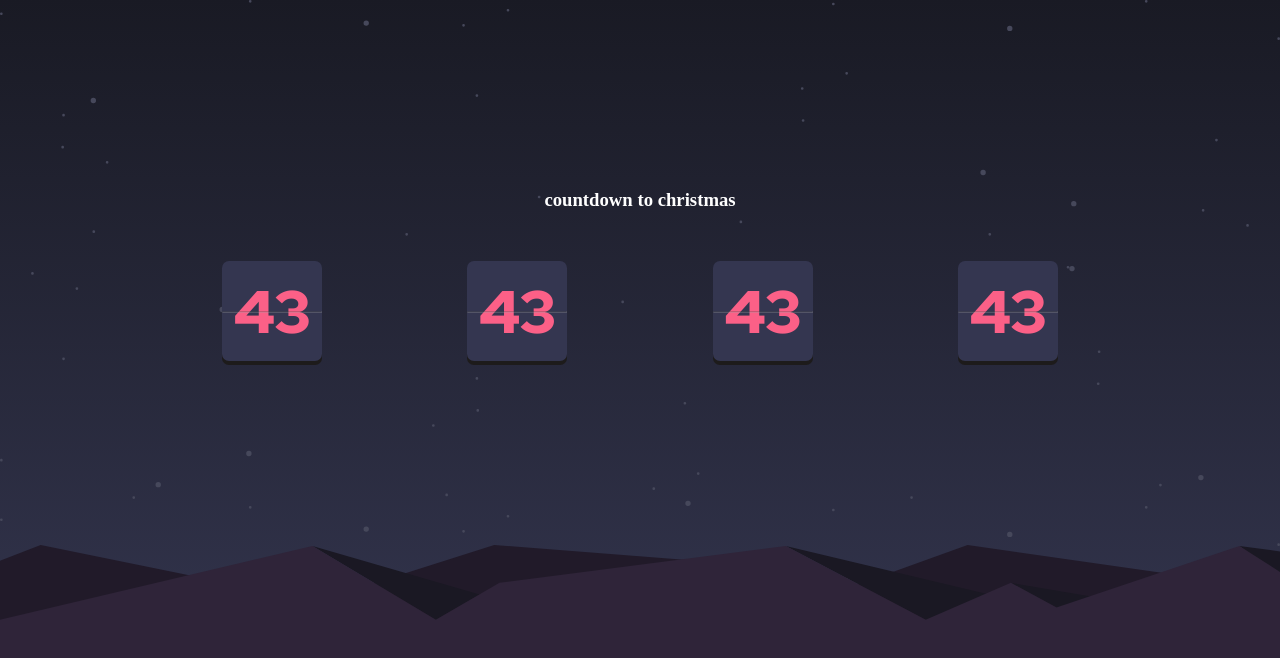
Repository: Eugene44-hub/countdown
Page: index.html
An editor plug-in stored every save of this project. The page is shown before and after the next save, followed by the edit.
The browser window is 1280 px wide. The pictures show the whole page.

Above is the page before, as saved 2021-09-12 03:35:13.

### index.html
<!DOCTYPE html>
<html lang="en">

<head>
    <meta charset="UTF-8">
    <meta http-equiv="X-UA-Compatible" content="IE=edge">
    <meta name="viewport" content="width=device-width, initial-scale=1.0">
    <title>Document</title>
    <link rel="stylesheet" href="style.css">
</head>

<body>
    <div class="container">


        <div class="timer ">
            <h3 class="col10">countdown to christmas</h3>
            <div class="card">
                <p>43</p>
                <hr> </div>
            <div class="card">
                <p>43</p>
                <hr>
            </div>
            <div class="card">
                <p>43</p>
                <hr>
            </div>
            <div class="card">
                <p>43</p>
                <hr>
            </div>

        </div>

    </div>
    <script src="app.js"></script>

</body>

</html>

</html>

### style.css
@import url('https://fonts.googleapis.com/css2?family=Red+Hat+Text:wght@700&display=swap');
* {
    padding: 0;
    margin: 0;
    box-sizing: border-box;
}

body {
    /* background-color: hsl(235, 16%, 14%); */
    /* background-color: hsl(234, 17%, 12%); */
    background-image: url('images/pattern-hills.svg'), url('images/bg-stars.svg'), linear-gradient( hsl(235, 18%, 12%), hsl(236, 21%, 26%));
    background-position: bottom, top;
    background-repeat: no-repeat, repeat;
    background-size: contain;
    background-attachment: fixed;
}

.container {
    display: flex;
    width: 100%;
    height: 500px;
    flex-wrap: wrap;
    text-align: center;
}

.col10 {
    flex: 100%;
    margin: auto;
}

h3 {
    color: white;
    padding: 50px;
    font-family: 'Red Text Hat';
}

.timer {
    margin: auto;
    display: flex;
    flex-wrap: wrap;
    justify-content: space-between;
    padding: 30px;
    width: 70%;
}

.card {
    background-color: hsl(236, 21%, 26%);
    width: 100px;
    height: 100px;
    position: relative;
    overflow: hidden;
    box-shadow: 0px 4px rgb(29, 27, 27);
    border-radius: 7px;
    display: flex;
}

p {
    font-size: 60px;
    font-family: 'Red Hat Text';
    color: hsl(345, 95%, 68%);
    margin: auto;
}

hr {
    position: absolute;
    width: 100%;
    top: 50%;
    left: 0%;
    border-color: rgb(158, 158, 158);
    opacity: 0.3;
}


/* timer color  hsl(345, 95%, 68%)
timer card color hsl(237, 18%, 59%)
* /

### app.js
const proposed = new Date('2021-12-25');
const current = new Date();

const proArr = [proposed.getHours(), proposed.getMinutes(), proposed.getSeconds(), proposed.getDay(), proposed.getMonth()]
console.log('proposed days:' + (((proArr.at(-1) * 31) - 7) + proposed.getDate()));
console.log('current days:' + (((current.getMonth() * 31) - 5) + current.getDate()));

console.log((((proArr.at(-1) * 31) - 7) + proposed.getDate()) - (((current.getMonth() * 31) - 5) + current.getDate()) + 'days to christmas');

console.log('hours:' + (24 - current.getHours()));
console.log('minutes:' + (60 - current.getMinutes()));
console.log('hours:' + (60 - current.getSeconds()));

// let cal = proposed. - current;
// console.log(proposed);
// console.log(current.getDate());
// console.log(proArr.at(-1) + 1);
// let another = new Date(cal);
// console.log(another)
//359-253 propsed day - current day(mth*31-7) for september minus 6

After the next save:
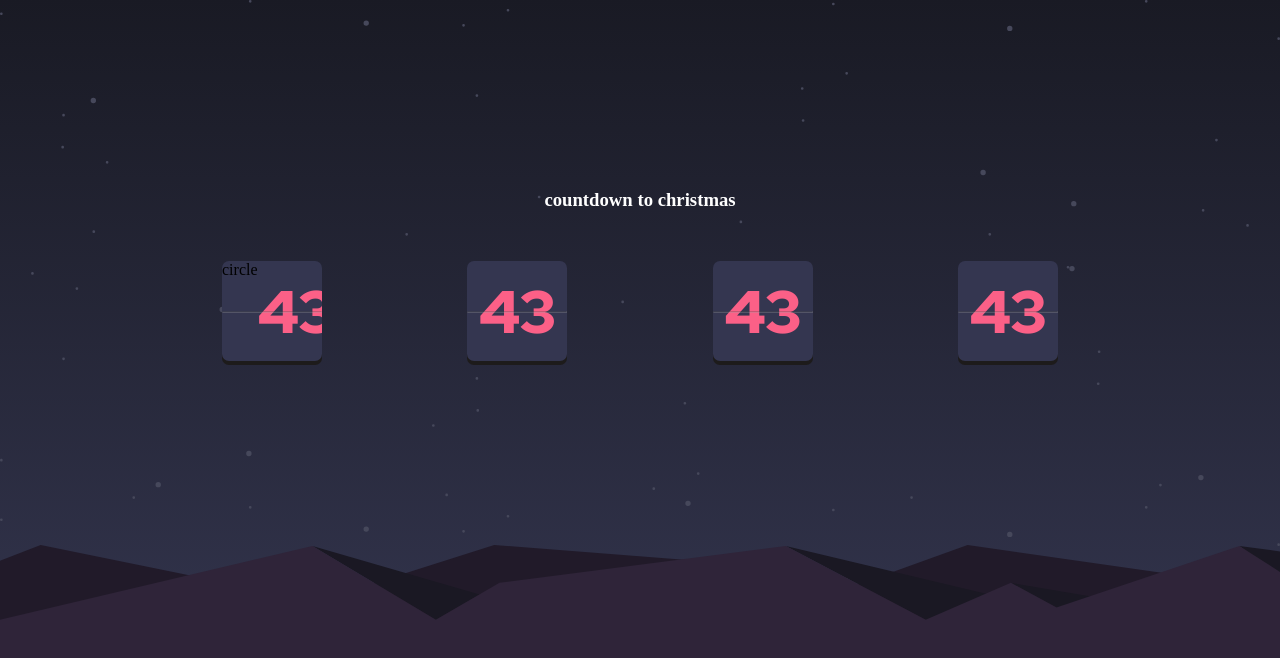
Saved 97 s later.
--- a/index.html
+++ b/index.html
@@ -16,6 +16,7 @@
         <div class="timer ">
             <h3 class="col10">countdown to christmas</h3>
             <div class="card">
+                circle
                 <p>43</p>
                 <hr> </div>
             <div class="card">
